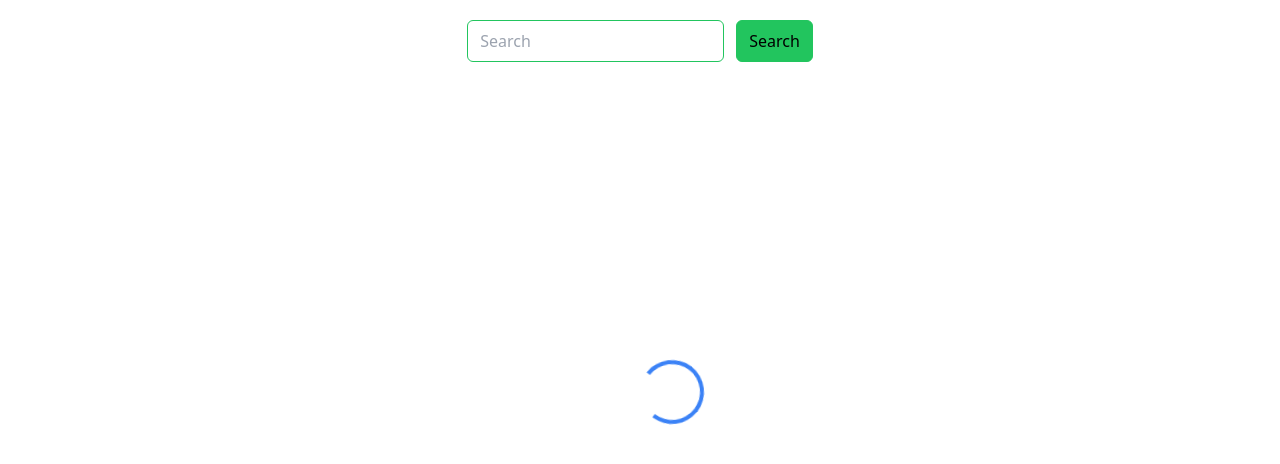
Repository: kimhieu153255/Image-search-app
Page: /
The author's editor kept a copy of each file at every save. The page is drawn from the files as they stood at one save, then again after the next save.
The browser window is 1280 px wide. The pictures show the whole page.
The project was rebuilt for these pictures with package versions that can differ from the ones it lists, and the page was loaded fresh each time. Also part of the build but not shown: vite.config.js, src/Components/Button/Loadmore.jsx, src/Components/Card/Card.jsx.

Above is the page before, as saved 2023-10-26 20:23:39.

After the next save:
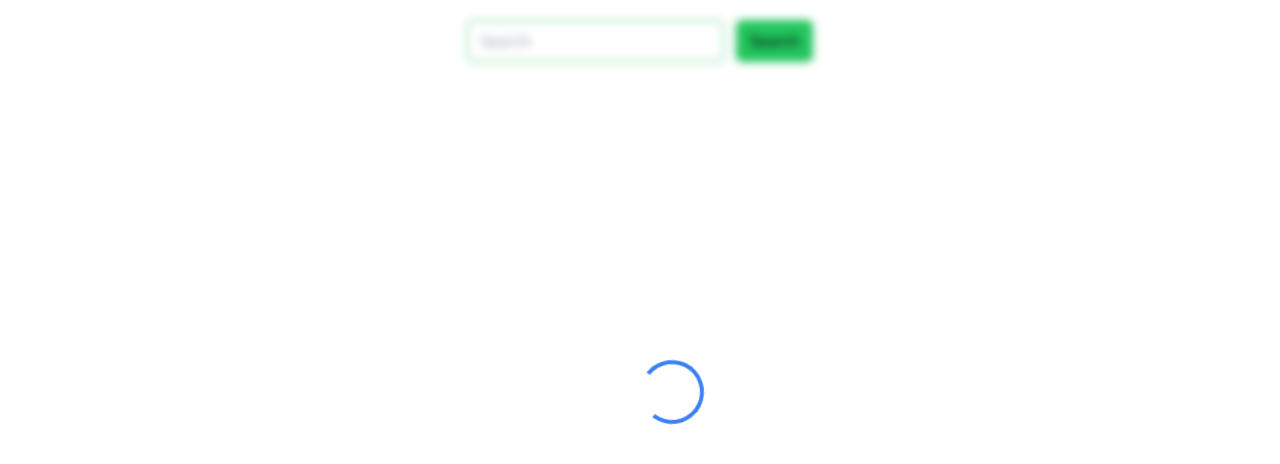
Saved 4 s later.
--- a/src/App.jsx
+++ b/src/App.jsx
@@ -13,7 +13,7 @@ function App() {
         <Loadmore></Loadmore>
       </div>
       {isLoading && (
-        <div className="inset-0 fixed bg-transparent backdrop-blur-0">
+        <div className="inset-0 fixed bg-transparent backdrop-blur-sm">
           <div className="inline-block h-16 w-16 animate-spin rounded-full border-4 border-solid border-r-transparent align-[-0.125em] text-secondary motion-reduce:animate-[spin_1.5s_linear_infinite] border-blue-500 absolute top-1/2 left-1/2">
             <span className="!absolute !-m-px !h-px !w-px !overflow-hidden !whitespace-nowrap !border-0 !p-0 ![clip:rect(0,0,0,0)]"></span>
           </div>
